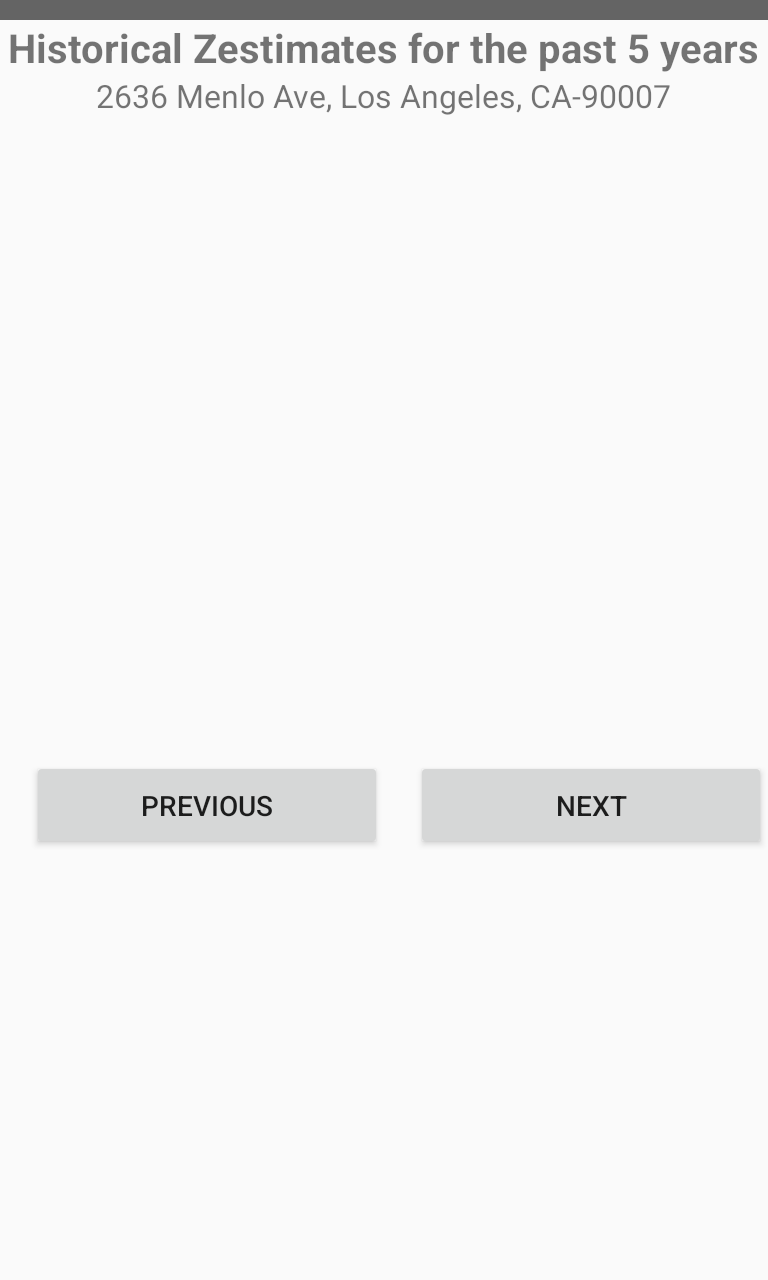
Repository: Warun26/PropertySearch
Layout: PropertySearch/res/layout/historical_zestimates_tab.xml
An editor plug-in stored every save of this project. The layout is shown before and after the next save, followed by the edit.
It is drawn on a 768 x 1280 px phone screen (xhdpi) without system bars, with theme AppTheme; the app's code is not run. The app's manifest (not shown) leaves right-to-left support off. So textAlignment, textDirection and layoutDirection are ignored, and left and right values win over start and end ones.

Above is the layout before, as saved 2014-11-23 04:15:37.

### PropertySearch/res/layout/historical_zestimates_tab.xml
<?xml version="1.0" encoding="utf-8"?>
<LinearLayout xmlns:android="http://schemas.android.com/apk/res/android"
    android:id="@+id/tab2"
    android:layout_width="fill_parent"
    android:layout_height="fill_parent"
    android:orientation="vertical" >

    <TextSwitcher
        android:id="@+id/chartYear"
        android:layout_width="fill_parent"
        android:layout_height="wrap_content"
        android:textAlignment="center"
        android:layout_gravity="center"
        android:background="#99000000"
        android:padding="5dp"
        android:textSize = "20sp"
        android:textStyle="bold" />

      <TextView
	     android:id="@+id/address"
	     android:layout_width="wrap_content"
	     android:layout_height="wrap_content"
	     android:padding="0dp"
	     android:textSize="20sp"
	     android:textAlignment="center"
	     android:layout_gravity="center"
	     android:textStyle="bold"
	     android:text="Historical Zestimates for the past 5 years" >
	</TextView>

    <TextView
	     android:id="@+id/address"
	     android:layout_width="wrap_content"
	     android:layout_height="wrap_content"
	     android:padding="0dp"
	     android:textSize="16sp"
	     android:textAlignment="center"
	     android:layout_gravity="center"
	     android:text="2636 Menlo Ave, Los Angeles, CA-90007" >
	</TextView>

    <ImageSwitcher
      android:id="@+id/ZestimateCharts"
      android:layout_width="fill_parent"
      android:layout_height="300dp" >
    </ImageSwitcher>

    <LinearLayout
        android:id="@+id/imageNavigationButtons"
        android:layout_width="fill_parent"
        android:layout_height="wrap_content"
        android:orientation="horizontal">
	    <Button
	      	android:id="@+id/previousImageButton"
	        android:layout_width="fill_parent"
	        android:layout_height="wrap_content"
	        android:text="@string/previous"
	        android:layout_marginLeft="15dp"
	        android:layout_marginStart="7dp"
	        android:layout_marginTop="20dp"
	        android:paddingLeft="3dp"
	        android:paddingRight="3dp"
	        android:layout_weight="1" />

	    <Button
	      	android:id="@+id/nextImageButton"
	        android:layout_width="fill_parent"
	        android:layout_height="wrap_content"
	        android:text="@string/next"
	        android:layout_marginLeft="15dp"
	        android:layout_marginStart="7dp"
	        android:layout_marginTop="20dp"
	        android:paddingLeft="3dp"
	        android:paddingRight="3dp"
	        android:layout_weight="1" />
        </LinearLayout>
    <!--  TextView
        android:id="@+id/textView2"
        android:layout_width="wrap_content"
        android:layout_height="wrap_content"
        android:text="@string/body2" /-->
</LinearLayout>

### PropertySearch/res/values/strings.xml
<?xml version="1.0" encoding="utf-8"?>
<resources>

    <string name="app_name">PropertySearch</string>
    <string name="hello_world">Hello world!</string>
    <string name="action_settings">Settings</string>
    <string name="search">Search</string>
    <string name="title_activity_main">MainActivity</string>
    <string name="form_title">Search Your Property Here</string>
    <string name="street_address">Street Address</string>
    <string name="address">Address*:</string>
    <string name="city_label">City*:</string>
    <string name="city">City</string>
    <string name="state">State*:</string>
    <string name="zillow_image">Zillow Logo</string>
    <string name="error_message">This field is required.</string>
    <string name="body1">body1</string>
    <string name="body2">body2</string>
    <string name="previous">Previous</string>
    <string name="next">Next</string>
    <string name="more_details">See more details on Zillow:</string>
    <string-array name="states">
        <item>Choose State</item>
        <item>AL</item>
        <item>AK</item>
        <item>AZ</item>
        <item>AR</item>
        <item>CA</item>
        <item>CO</item>
        <item>CT</item>
        <item>DE</item>
        <item>DC</item>
        <item>FL</item>
        <item>GA</item>
        <item>HI</item>
        <item>ID</item>
        <item>IL</item>
        <item>IN</item>
        <item>IA</item>
        <item>KS</item>
        <item>KY</item>
        <item>LA</item>
        <item>ME</item>
        <item>MD</item>
        <item>MA</item>
        <item>MI</item>
        <item>MN</item>
        <item>MS</item>
        <item>MO</item>
        <item>MT</item>
        <item>NE</item>
        <item>NV</item>
        <item>NH</item>
        <item>NJ</item>
        <item>NM</item>
        <item>NY</item>
        <item>NC</item>
        <item>ND</item>
        <item>OH</item>
        <item>OK</item>
        <item>OR</item>
        <item>PA</item>
        <item>PA</item>
        <item>RI</item>
        <item>SC</item>
        <item>SD</item>
        <item>TN</item>
        <item>TX</item>
        <item>UT</item>
        <item>VT</item>
        <item>VA</item>
        <item>WA</item>
        <item>WV</item>
        <item>WI</item>
        <item>WY</item>
    </string-array>

    <string name="title_activity_display_property_details">Results from Zillow</string>

</resources>

Loaded but not shown: PropertySearch/res/values/styles.xml (common file); PropertySearch/res/values-v11/styles.xml (common file); PropertySearch/res/values-v14/styles.xml (common file)

After the next save:
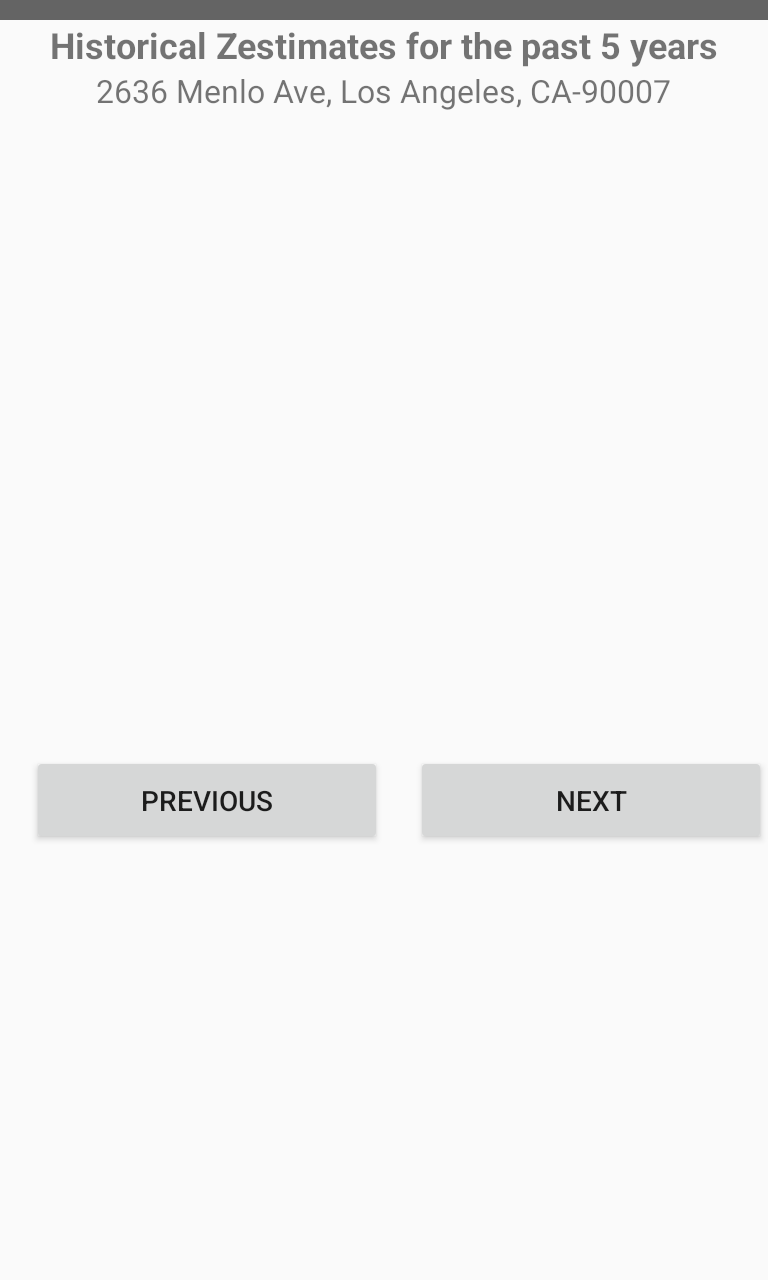
Saved 8 s later.
--- a/PropertySearch/res/layout/historical_zestimates_tab.xml
+++ b/PropertySearch/res/layout/historical_zestimates_tab.xml
@@ -21,7 +21,7 @@
 	     android:layout_width="wrap_content"
 	     android:layout_height="wrap_content"
 	     android:padding="0dp"
-	     android:textSize="20sp"
+	     android:textSize="18sp"
 	     android:textAlignment="center"
 	     android:layout_gravity="center"
 	     android:textStyle="bold"
